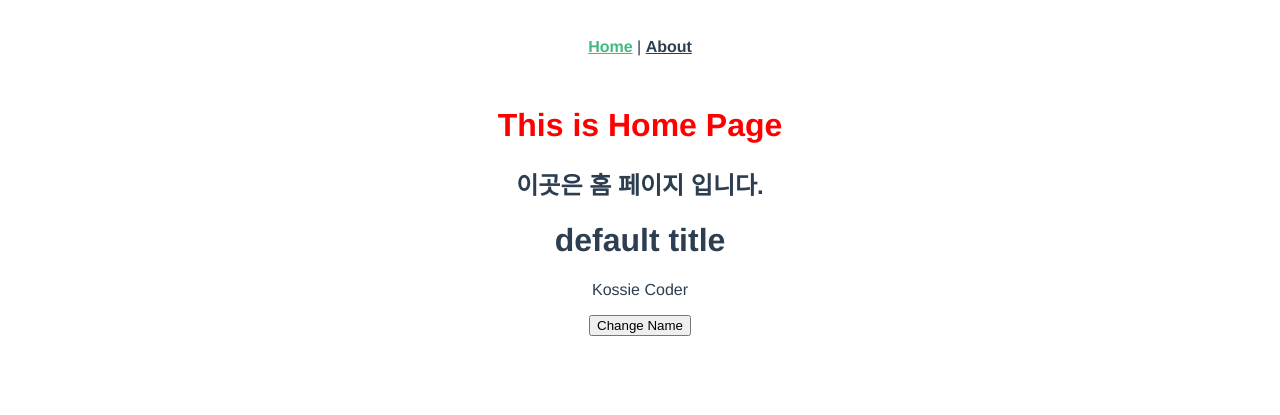
Repository: RyuGeunHwan/code_J
Page: / (app in vue-props/)
These files come from the project's save history. The page is drawn as it stood at one moment and after the next save; the edit follows.
The browser window is 1280 px wide. The pictures show the whole page.
The project was rebuilt for these pictures with package versions that can differ from the ones it lists, and the page was loaded fresh each time.

Above is the page before, as saved 2022-08-12 08:43:03.

After the next save:
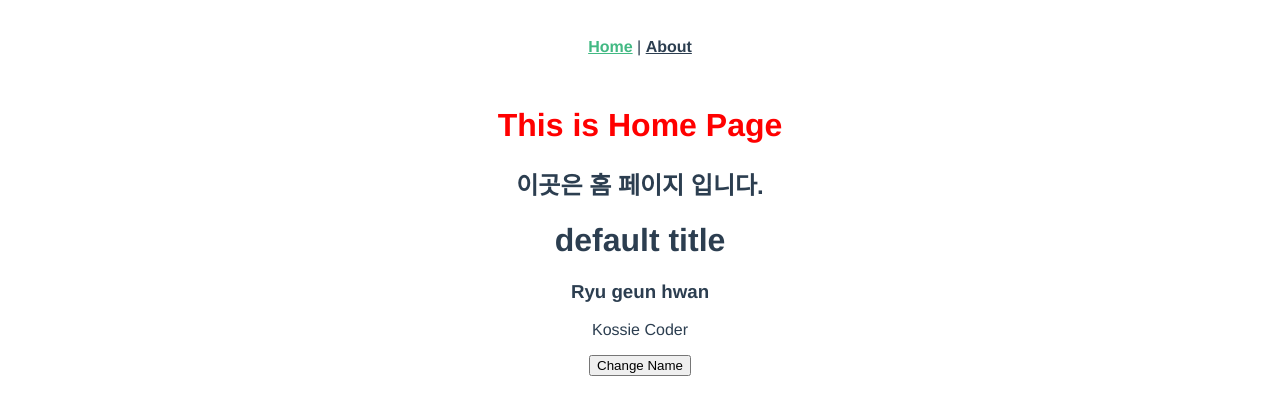
Saved 85 s later.
--- a/vue-props/src/components/KossieCoder.vue
+++ b/vue-props/src/components/KossieCoder.vue
@@ -1,6 +1,7 @@
 <template>
     <div>
         <h1>{{title}}</h1>
+        <h3>{{myName}}</h3>
         <p>{{  name  }}</p>
         <button @click="updateName">Change Name</button>
     </div>
@@ -14,6 +15,13 @@ export default {
             required : false ,
             //required = 무조건 항상 보내줘야한다는것
             default: 'default title'
+            //default : 자식컴포넌트에서 props를 받아오지 않아도 default로 보여줌.
+        },
+        myName: {
+            type : String,
+            required : true ,
+            //required = 무조건 항상 보내줘야한다는것
+            default: 'Ryu geun hwan'
             //default : 자식컴포넌트에서 props를 받아오지 않아도 default로 보여줌.
         }
     },
